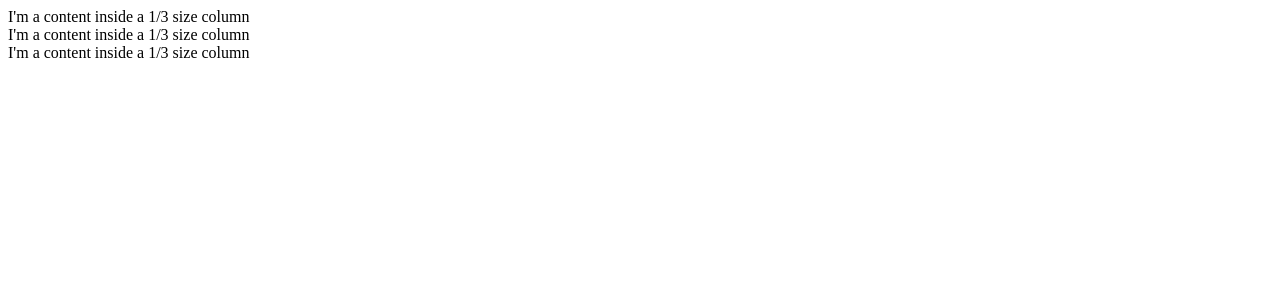
Repository: ervinne13/gg-basic-web-frontend-development
Page: modules/css/long-samples/grid-system-1.html
These files come from the project's save history. The page is drawn as it stood at one moment and after the next save; the edit follows.
The browser window is 1280 px wide. The pictures show the whole page.

Above is the page before, as saved 2019-07-04 16:57:19.

After the next save:
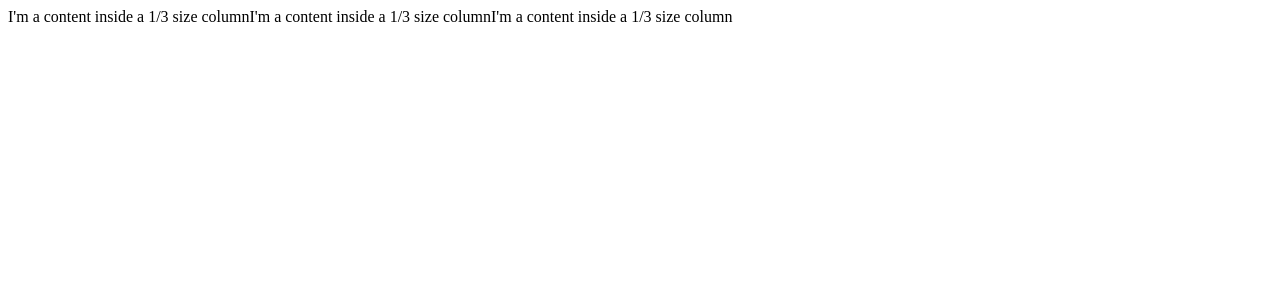
Saved 45 s later.
--- a/modules/css/long-samples/grid-system-1.html
+++ b/modules/css/long-samples/grid-system-1.html
@@ -5,7 +5,12 @@
                 max-width: 1335px;
                 margin: 0 auto;
             }
-            .container .col {
+
+            .container .row {
+                display: flex;
+            }
+
+            .container .row .col {
                 display: flex;
                 flex-flow: row wrap;
                 justify-content: flex-start;
